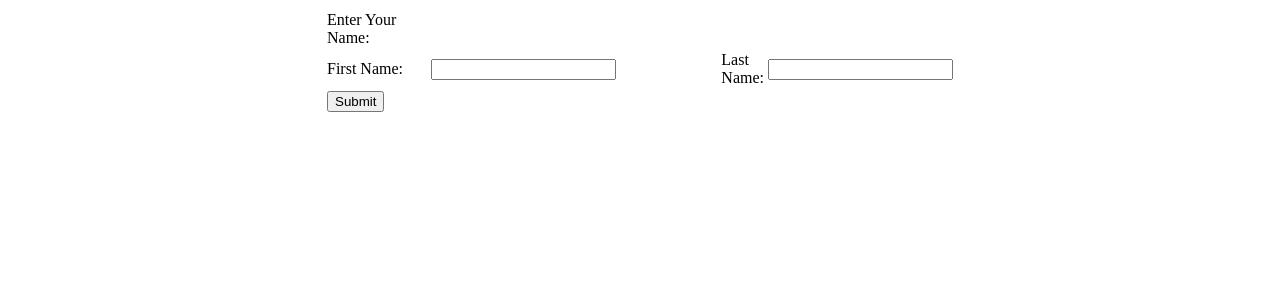
Repository: mayankk2202/Phase-2
Page: DemoServlet/src/main/webapp/Form.html
The author's editor kept a copy of each file at every save. The page is drawn from the files as they stood at one save, then again after the next save.
The browser window is 1280 px wide. The pictures show the whole page.

Above is the page before, as saved 2021-06-27 12:53:16.

After the next save:
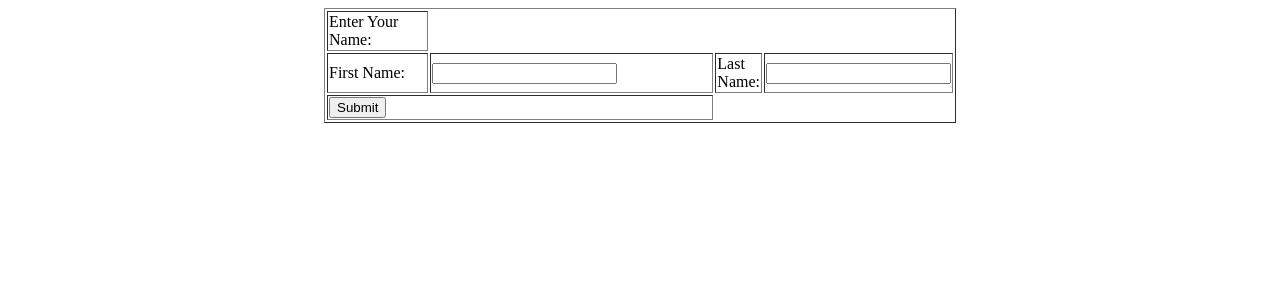
Saved 16 s later.
--- a/DemoServlet/src/main/webapp/Form.html
+++ b/DemoServlet/src/main/webapp/Form.html
@@ -7,7 +7,7 @@
 <body>
 <center>
 <form name=frmName method="POST" action="process">
-<table width="50%" border="0" >
+<table width="50%" border="1" >
 <tr vallign="top">
 <td width="30%">Enter Your Name: </td>
 </tr>
